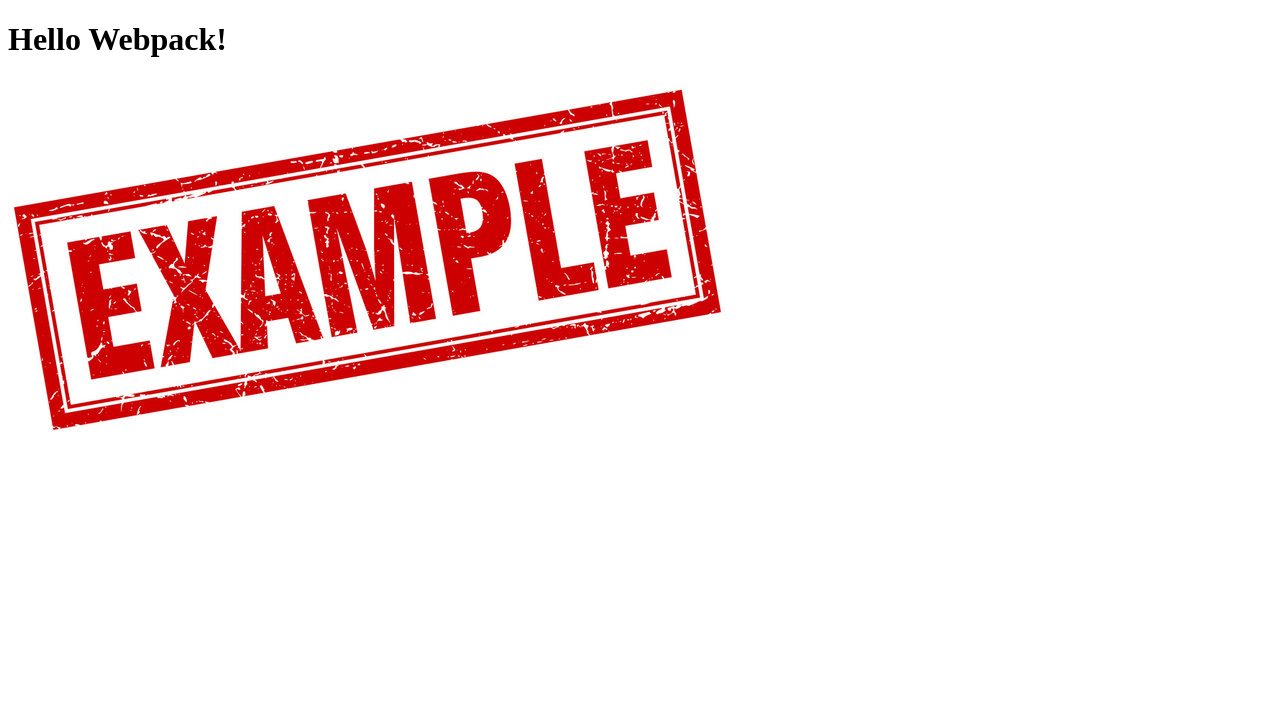
Repository: gkintu/odin-resturant-page
Page: src/index.html
These files come from the project's save history. The page is drawn as it stood at one moment and after the next save; the edit follows.
The browser window is 1280 px wide. The pictures show the whole page.

Above is the page before, as saved 2025-03-17 09:00:17.

After the next save:
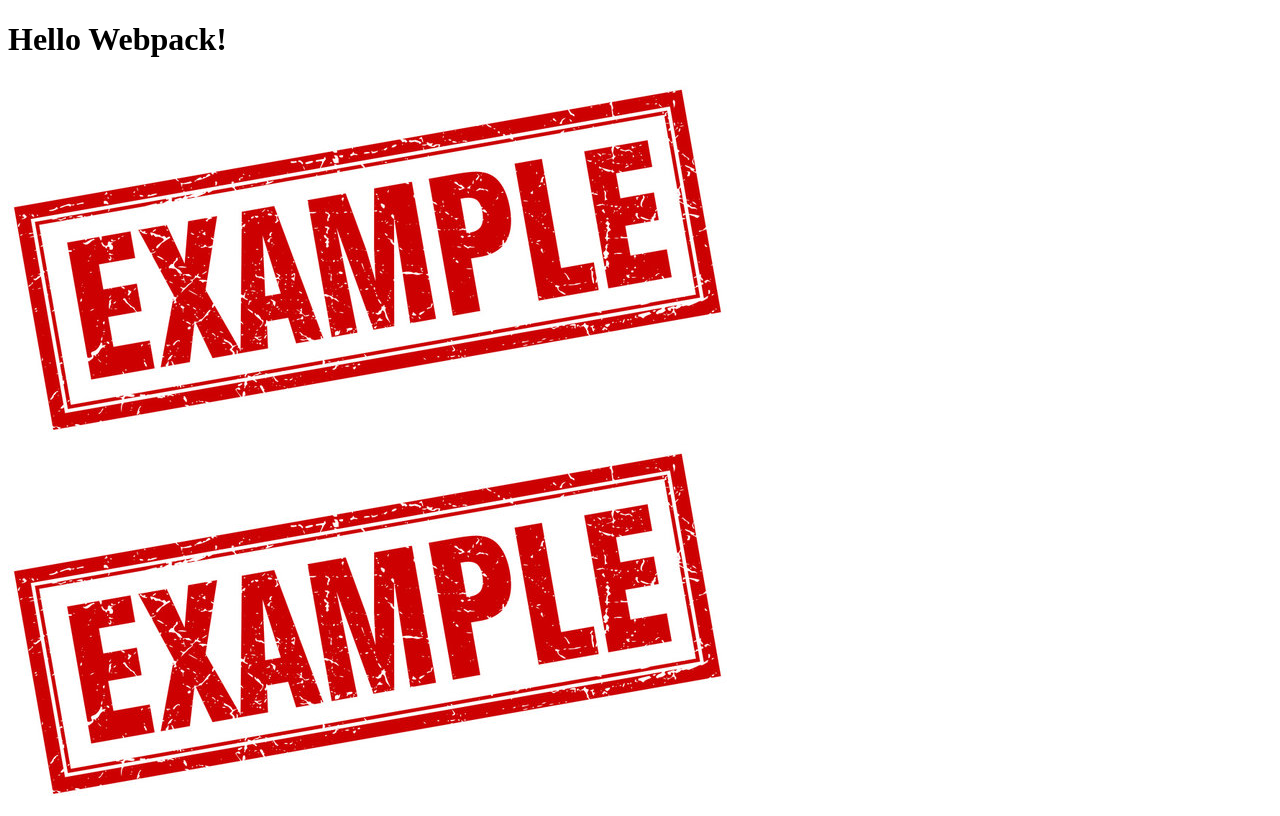
Saved 15 s later.
--- a/src/index.html
+++ b/src/index.html
@@ -8,6 +8,7 @@
 <body>
     <h1>Hello Webpack!</h1>
     <img src="./images/example.jpg" alt="Example">
+    <img src="./images/example.jpg" alt="Example">
 
 </body>
 </html>
